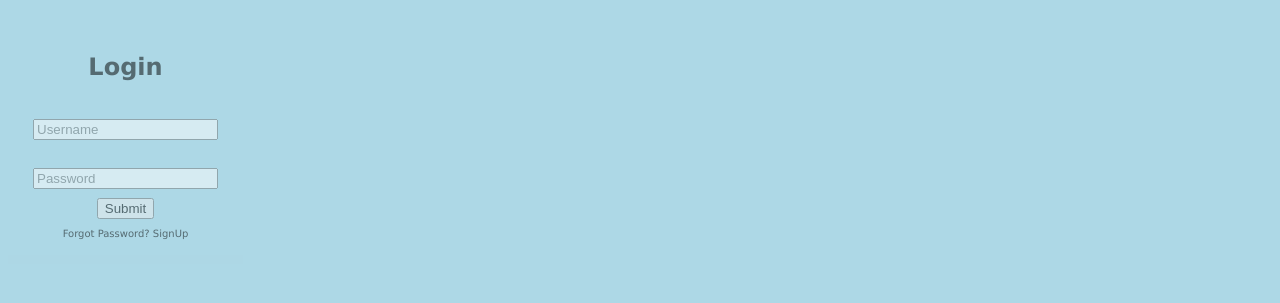
Repository: busra-kayaa/LoginPage
Page: login.html
These files come from the project's save history. The page is drawn as it stood at one moment and after the next save; the edit follows.
The browser window is 1280 px wide. The pictures show the whole page.

Above is the page before, as saved 2023-12-28 20:07:04.

### login.html
<!DOCTYPE html>
<html>
    <head>
        <title>Login Page</title>
        <link rel="stylesheet" href="./style.css" type="text/css"/>
    </head>
    <body>
        <div class="login-from-container">
            <h2>Login</h2>
            <div class="input-group">
                <i class="fa fa-user"></i>
                <input
                    type="text"
                    placeholder="Username"
                    class="input-text"
                    autocomplete="off"
                />
            </div>
            <div class="input-group">
                <i class="fa fa-unclok-alt"></i>
                <input
                    type="password"
                    placeholder="Password"
                    class="input-text"
                    autocomplete="off"
                />
            </div>
            <div class="subgroup">
                <div class="button-group" id="login-button">
                    <button onclick="alert('Bilgileriniz Başarıyla Alınmıştır.')">Submit</button>
                </div>
                <div class="footer">
                    <a>Forgot Password?</a>
                    <a>SignUp</a>
                </div>
            </div>
        </div>
    </body>
</html>

### style.css
body {
    background-color: lightblue;
    color: black;
    display: flex;
    flex-direction: row;
    align-items: center;
    font-family:'Lucida Sans';
}

.login-from-container {
    background-color: lightblue;
    opacity: 0.5;
    display: flex;
    flex-direction: column;
    align-items: center;
    text-align: center;
    padding: 25px;
}
.input-group {
    margin-top: 10%;
    margin-bottom: 5%;
}
.button-group {
    display: flex;
    justify-content: center;
    align-items: center;
    font-size: 15px;
}
.subgroup {
 gap: 20px;
}
.footer {
    margin-top: 7%;
    font-size: 10px;
}

After the next save:
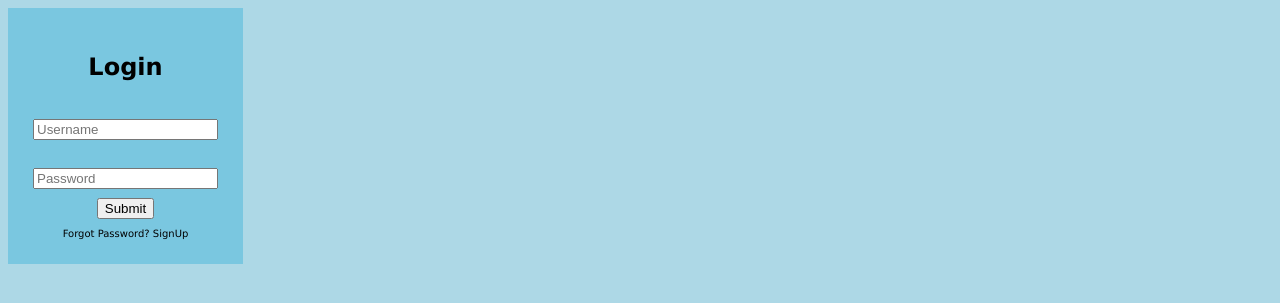
Saved 15 s later.
--- a/style.css
+++ b/style.css
@@ -8,8 +8,7 @@ body {
 }
 
 .login-from-container {
-    background-color: lightblue;
-    opacity: 0.5;
+    background-color: rgb(122, 199, 224);
     display: flex;
     flex-direction: column;
     align-items: center;
